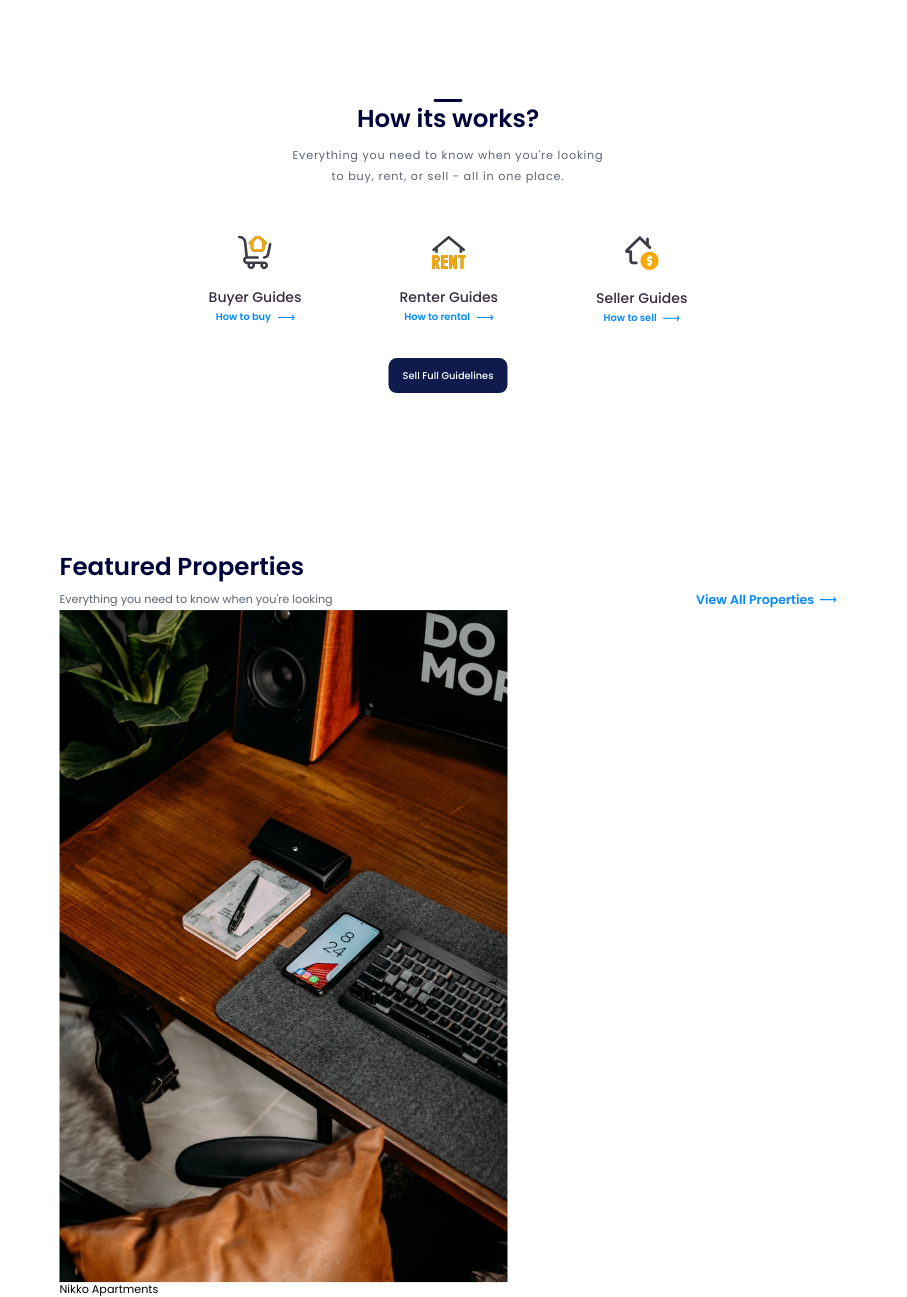
Repository: datvu1608/dv-htmlcss-01
Page: index.html
These files come from the project's save history. The page is drawn as it stood at one moment and after the next save; the edit follows.
The browser window is 1280 px wide. The page is 1295 px wide, so the pictures cover 1295 px, including what lies to the right of the window. The pictures show the part of the page from y = 1092 to 2972 px (the page is 2945 px tall before and 2972 px after), at 70% of full size.

Above is the page before, as saved 2023-06-03 15:32:42.

After the next save:
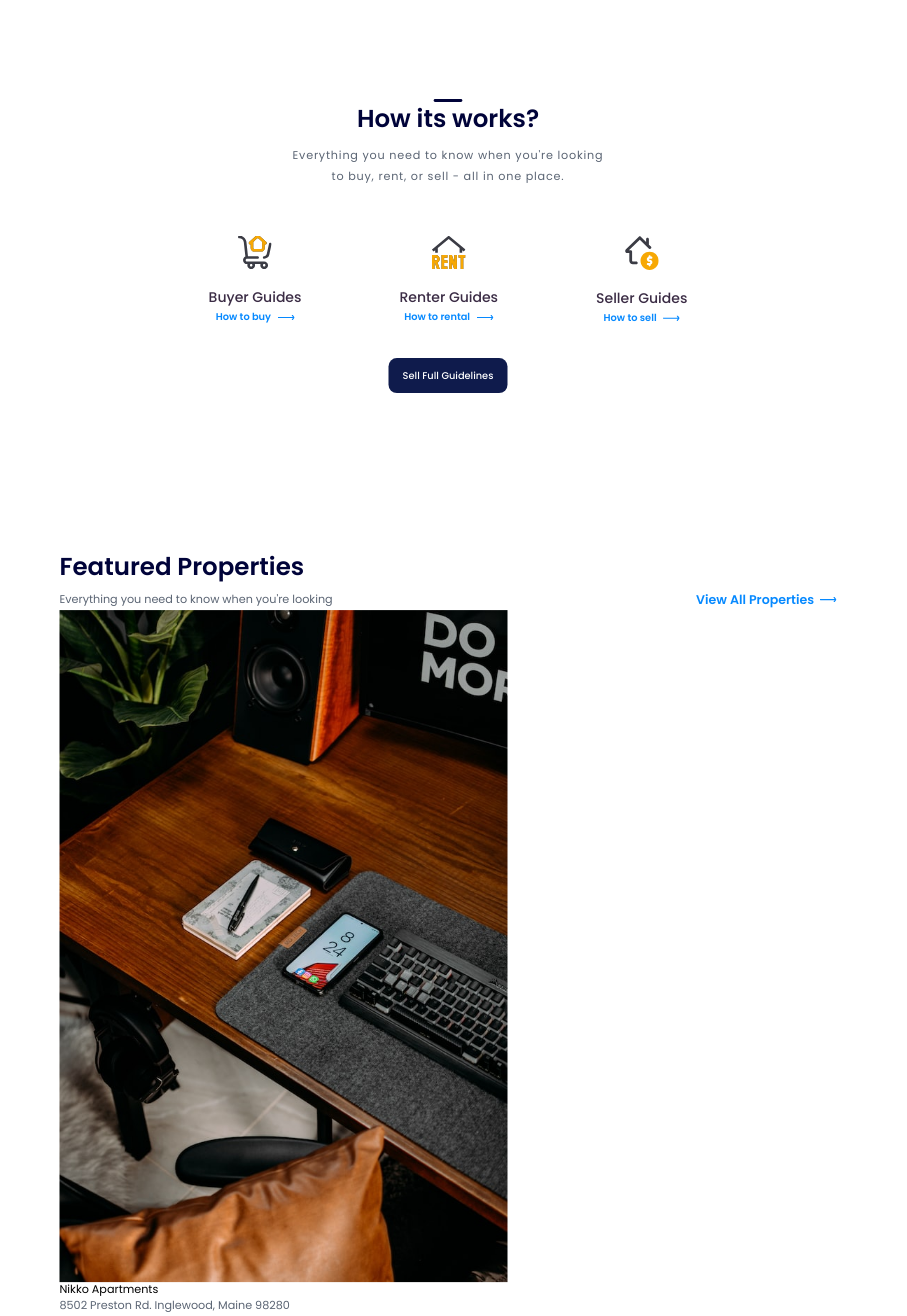
Saved 9 s later.
--- a/index.html
+++ b/index.html
@@ -154,8 +154,9 @@
               <img src="./assets/img/featured-1.jpg" alt="Nikko Arpartments" />
               <div class="body">
                 <h3 class="title">Nikko Apartments</h3>
-                <p class="desc"></p>
+                <p class="desc">8502 Preston Rd. Inglewood, Maine 98280</p>
               </div>
+              <div class="info"></div>
             </div>
           </div>
         </div>
